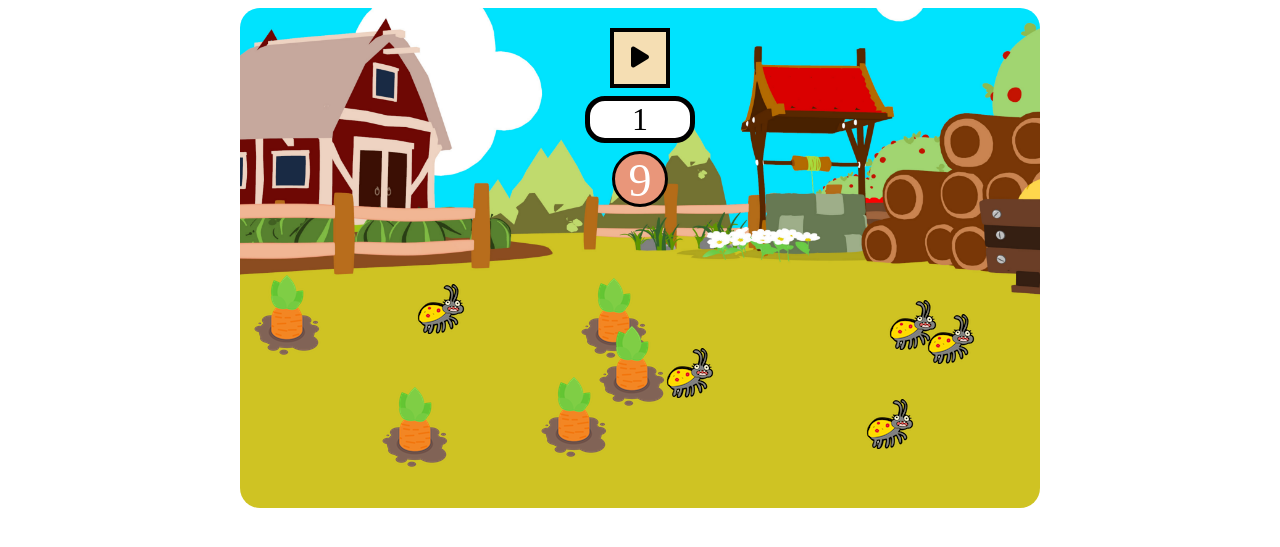
Repository: rumor1993/DreamCoding-Browser101
Page: Chapter07/ellie/index.html
The author's editor kept a copy of each file at every save. The page is drawn from the files as they stood at one save, then again after the next save.
The browser window is 1280 px wide. The pictures show the whole page.
Some web libraries are served in a nearby version.

Above is the page before, as saved 2021-01-03 22:19:46.

After the next save:
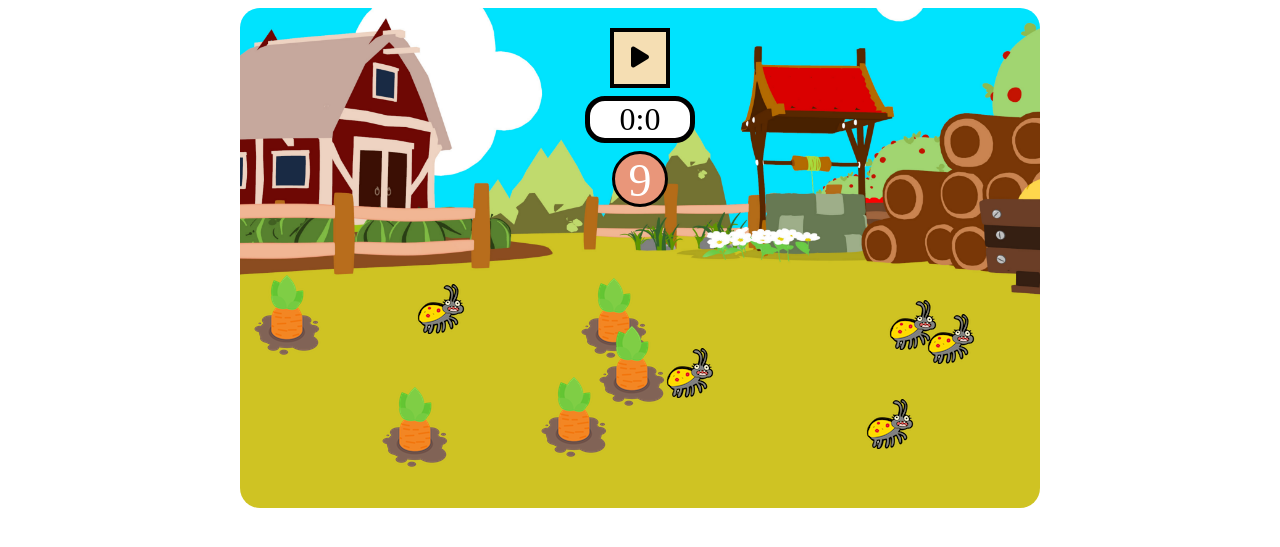
Saved 24 s later.
--- a/Chapter07/ellie/index.js
+++ b/Chapter07/ellie/index.js
@@ -14,7 +14,6 @@ window.addEventListener("load", () => {
   });
 
   function initGame() {
-    startTimer(5);
     clearItem();
     addItem("carrot", 5, "../carrot/img/carrot.png");
     addItem("bug", 5, "../carrot/img/bug.png");

After the 5 saves that followed:
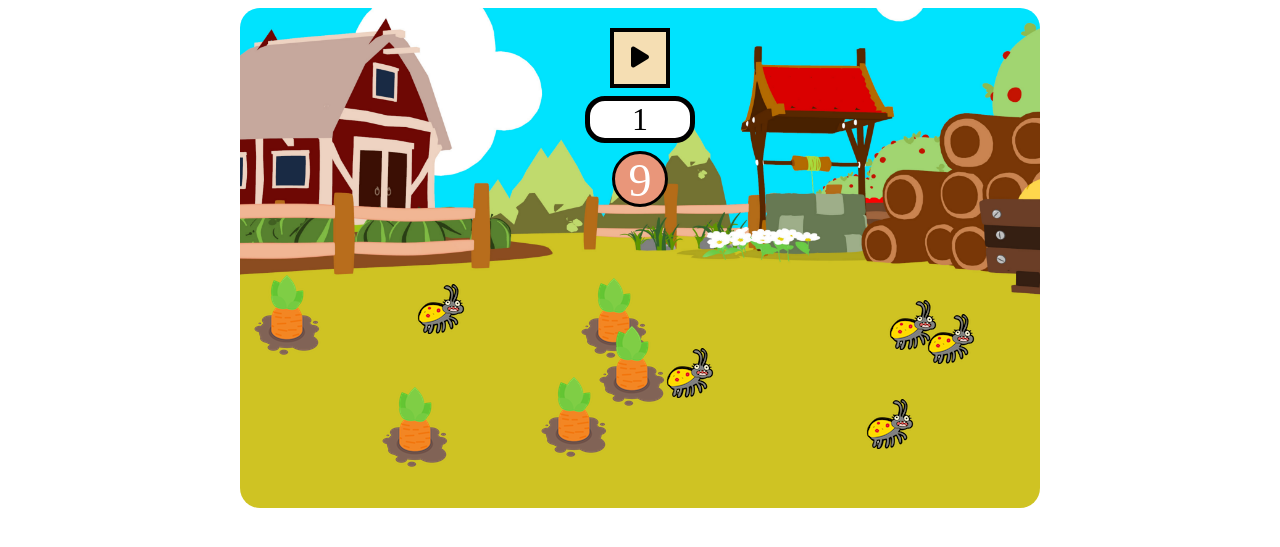
The 5 saves are shown as one change because 2 left the picture as it was and some came seconds apart.
The last was saved 62 s later.
--- a/Chapter07/ellie/index.js
+++ b/Chapter07/ellie/index.js
@@ -4,14 +4,14 @@ window.addEventListener("load", () => {
   const gamePopup = document.querySelector(".pop-up");
   const gameTimer = document.querySelector(".game-timer");
   const gamePopupRefresh = document.querySelector(".pop-up-refresh");
+  const gameButton = document.querySelector(".game-button");
   const fieldRect = gameField.getBoundingClientRect();
   let carrotCount = 10;
 
   initGame();
 
-  gamePopupRefresh.addEventListener("click", function () {
-    initGame();
-  });
+  gamePopupRefresh.addEventListener("click", initGame);
+  gameButton.addEventListener("click", startTimer(5));
 
   function initGame() {
     clearItem();
